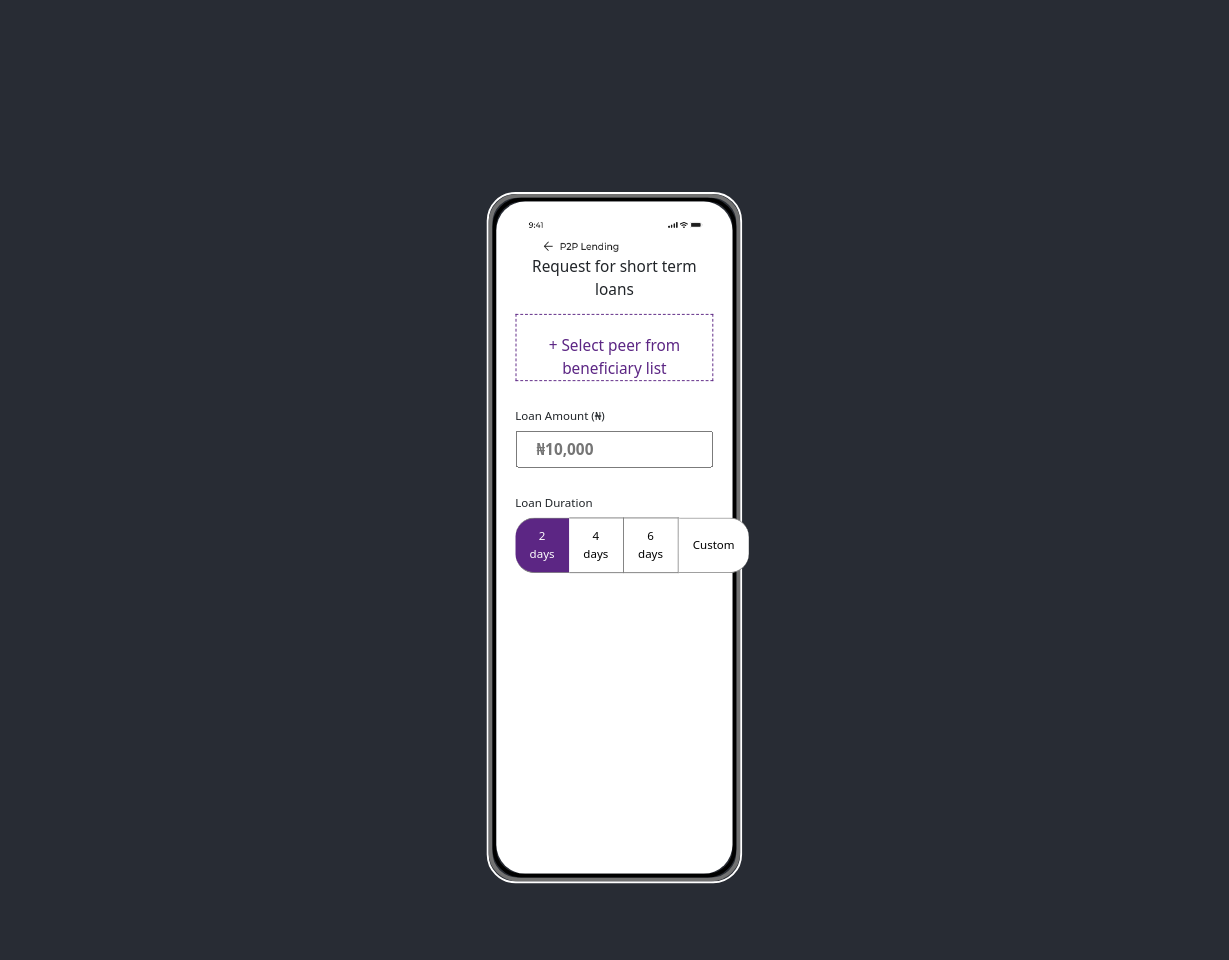
Repository: sarahnnanyelugo/fcmb-hackathon
Page: /loan-interface
The author's editor kept a copy of each file at every save. The page is drawn from the files as they stood at one save, then again after the next save.
The browser window is 1280 px wide. The pictures show the whole page, at 96% of full size.
The project was rebuilt for these pictures with package versions that can differ from the ones it lists, and the page was loaded fresh each time. Also part of the build but not shown: src/Pages/Home.js.

Above is the page before, as saved 2023-10-28 21:55:23.

### src/App.js
import "bootstrap/dist/css/bootstrap.min.css";
import { BrowserRouter, Routes, Route, Link, Outlet } from "react-router-dom";
import Home from "./Pages/Home";
import LoanInterface from "./Pages/LoanInterface";
function App() {
  return (
    <>
      <Routes>
        <Route path="/" element={<Home />} />
        <Route path="loan-interface" element={<LoanInterface />} />
      </Routes>
    </>
  );
}
export default App;

### src/Pages/LoanInterface.js
import Top from "../assets/images/top.png";
import Back from "../assets/images/back.png";

import "./style.scss";
import { useState } from "react";
import { Link } from "react-router-dom";
import Beneficiaries from "../components/Beneficiaries";

function LoanInterface() {
  const [toCurrency, setToCurrency] = useState("2 days");
  return (
    <>
      <div className="app-header">
        <center>
          <div className="col-md-3">
            <center>
              <div className="col-md-10 app">
                <div className="app-inner">
                  <div className="app-inner2">
                    <div className="app-face">
                      {" "}
                      <img src={Top} alt="icon" width="100%" />{" "}
                      <div className="col-md-12">
                        {" "}
                        <Link to={"/"} style={{ float: "left" }}>
                          {" "}
                          <img src={Back} alt="icon" width="60%" />
                        </Link>
                        <p style={{ float: "left" }}>
                          Request for short term loans
                        </p>
                      </div>
                      <div className="col-md-12">
                        {" "}
                        <Beneficiaries />
                      </div>
                      <div className="col-md-12 amount">
                        <h6 style={{ float: "left" }}>Loan Amount (₦)</h6>
                        <input placeholder="₦10,000" type="text" />
                      </div>
                      <div className="col-md-12 duration">
                        <h6 style={{ float: "left" }}>Loan Duration</h6>

                        <div className="col-md-12 flexy button-holder">
                          <button
                            id="btn1"
                            className={` ${
                              toCurrency === "2 days" ? "curr-active" : ""
                            }`}
                          >
                            2 days
                          </button>
                          <button
                            id="btn2"
                            className={` ${
                              toCurrency === "4 days" ? "curr-active" : ""
                            }`}
                          >
                            4 days
                          </button>
                          <button
                            id="btn3"
                            className={` ${
                              toCurrency === "6 days" ? "curr-active" : ""
                            }`}
                          >
                            6 days
                          </button>
                          <button
                            id="btn4"
                            className={` ${
                              toCurrency === "Custom" ? "curr-active" : ""
                            }`}
                          >
                            Custom
                          </button>
                        </div>
                      </div>
                    </div>
                  </div>
                </div>
              </div>
            </center>
          </div>
        </center>
      </div>
    </>
  );
}

export default LoanInterface;

### src/Pages/style.scss
.app-header {
  background-color: #282c34;
  height: 1000px;
  padding-top: 200px;
  width: 100%;
}

.app {
  border: solid 2px #fff;
  height: 720px;
  border-radius: 30px;
}
.app-inner {
  border: solid 4px #717171;
  height: 100%;
  border-radius: 30px;
}
.app-inner2 {
  border: solid 4px #000;
  height: 100%;
  border-radius: 30px;
}
.app-face {
  background: #fff;
  height: 100%;
  border-radius: 30px;
  padding: 10px 20px 0px 20px;
  a {
    color: #5c2684;
    text-decoration: none;
    font-size: 12px;
    font-weight: bold;
  }
}
.flexy {
  display: flex;
}
.flexy1 {
  flex-grow: 1;
}
.balance {
  h5 {
    color: #5c2684;
    margin-bottom: 30px;
  }
  small {
    font-size: 11px;
  }
  img {
    margin-top: -10px;
  }
}
.access {
  margin-top: 50px;
  h6 {
    font-size: 12px;
    margin-top: 5px;
  }
  a {
    color: #000;
  }
}
.access2 {
  margin-top: 20px;
  margin-bottom: 20px;
  h6 {
    font-size: 12px;
    margin-top: 5px;
  }
  a {
    color: #000;
  }
}
.transactions {
  margin-top: 20px;
  h6 {
    font-size: 12px;
    margin-bottom: 0 !important;
    margin-top: 10px;
  }
  a {
    font-size: 10px;
    color: grey;
    text-decoration: none;
    margin-top: 0;
  }
}
.footer {
  border-top: solid 1px rgb(202, 201, 201);
  padding-top: 15px;
  margin-top: 10px;
  h6 {
    font-size: 11px;
  }
}
.dash {
  border-radius: 10px;
  border: solid 2px black;
  height: 2px;
}
.amount {
  margin-top: 30px;
  h6 {
    font-size: 12px;
  }
  input {
    padding: 5px 20px;
    width: 100%;
    font-weight: bold;
    color: #000 !important;
  }
}
.duration {
  margin-top: 30px;
  h6 {
    font-size: 12px;
  }

  button {
    border: none;
    padding: 10px 15px;
    font-size: 12px;
    background: #fff;
    border-top: solid 1px grey;
    border-bottom: solid 1px grey;
  }
  #btn1 {
    border-top-left-radius: 20px;
    border-bottom-left-radius: 20px;
    background: #5c2684;
  }
  #btn4 {
    border-top-right-radius: 20px;
    border-bottom-right-radius: 20px;
  }
  #btn2,
  #btn3 {
    border-right: solid 1px grey;
  }
}
.curr-active {
  background: #5c2684;
  color: #fff;
}

### src/components/Beneficiaries.js
import { useState } from "react";
import Button from "react-bootstrap/Button";
import Modal from "react-bootstrap/Modal";
import "./components.scss";
import Bank from "../assets/images/bank.png";

function Beneficiaries() {
  const [show, setShow] = useState(false);

  const handleClose = () => setShow(false);
  const handleShow = () => setShow(true);

  return (
    <>
      <div onClick={handleShow} className="beneficiary-modal">
        <p>+ Select peer from beneficiary list</p>
      </div>
      <Modal
        show={show}
        onHide={handleClose}
        size="sm"
        aria-labelledby="contained-modal-title-vcenter"
        centered
      >
        <Modal.Header closeButton>
          <Modal.Title>
            <h6>Select Peer</h6>
          </Modal.Title>
        </Modal.Header>
        <Modal.Body>
          <div className="col-md-12 modal-inside">
            <form>
              <input type="search" placeholder="search" />
            </form>
            <div className="flexy">
              {" "}
              <div className="col-md-2">
                {" "}
                <img src={Bank} alt="icon" width="80%" />
              </div>
              <div>
                <h6>Team 1</h6>
                <p>Second Bank</p>
              </div>
            </div>
            <div className="flexy">
              {" "}
              <div className="col-md-2">
                {" "}
                <img src={Bank} alt="icon" width="80%" />
              </div>
              <div>
                <h6>Account name4</h6>
                <p>Bank name4</p>
              </div>
            </div>
            <div className="flexy">
              {" "}
              <div className="col-md-2">
                {" "}
                <img src={Bank} alt="icon" width="80%" />
              </div>
              <div>
                <h6>Account name3</h6>
                <p>Bank name3</p>
              </div>
            </div>
            <center>
              <a href="#">View more</a>
            </center>
          </div>
        </Modal.Body>
      </Modal>
    </>
  );
}

export default Beneficiaries;

### src/components/components.scss
.beneficiary-modal {
  height: 70px;
  width: 100%;
  border: dashed 1px #5c2684;
  margin-top: 80px;
  color: #5c2684;
  padding-top: 20px;
}
// .modal-body {
//   border: none !important;
// }
.modal-inside {
  input {
    margin-bottom: 30px;
    border: solid 1px rgb(215, 213, 213);
    width: 100%;
    padding: 5px 20px;
  }
  img {
    border-radius: 50%;
  }
  h6 {
    font-size: 13px;
    margin-bottom: 0 !important;
  }
  p {
    font-size: 11px;
  }
  a {
    color: #5c2684;
    font-size: 11px;
    font-weight: bold;
    text-decoration: none;
  }
}

Loaded but not shown: public/index.html (common file); src/index.js (common file); src/index.css (common file); src/reportWebVitals.js (common file)

After the next save:
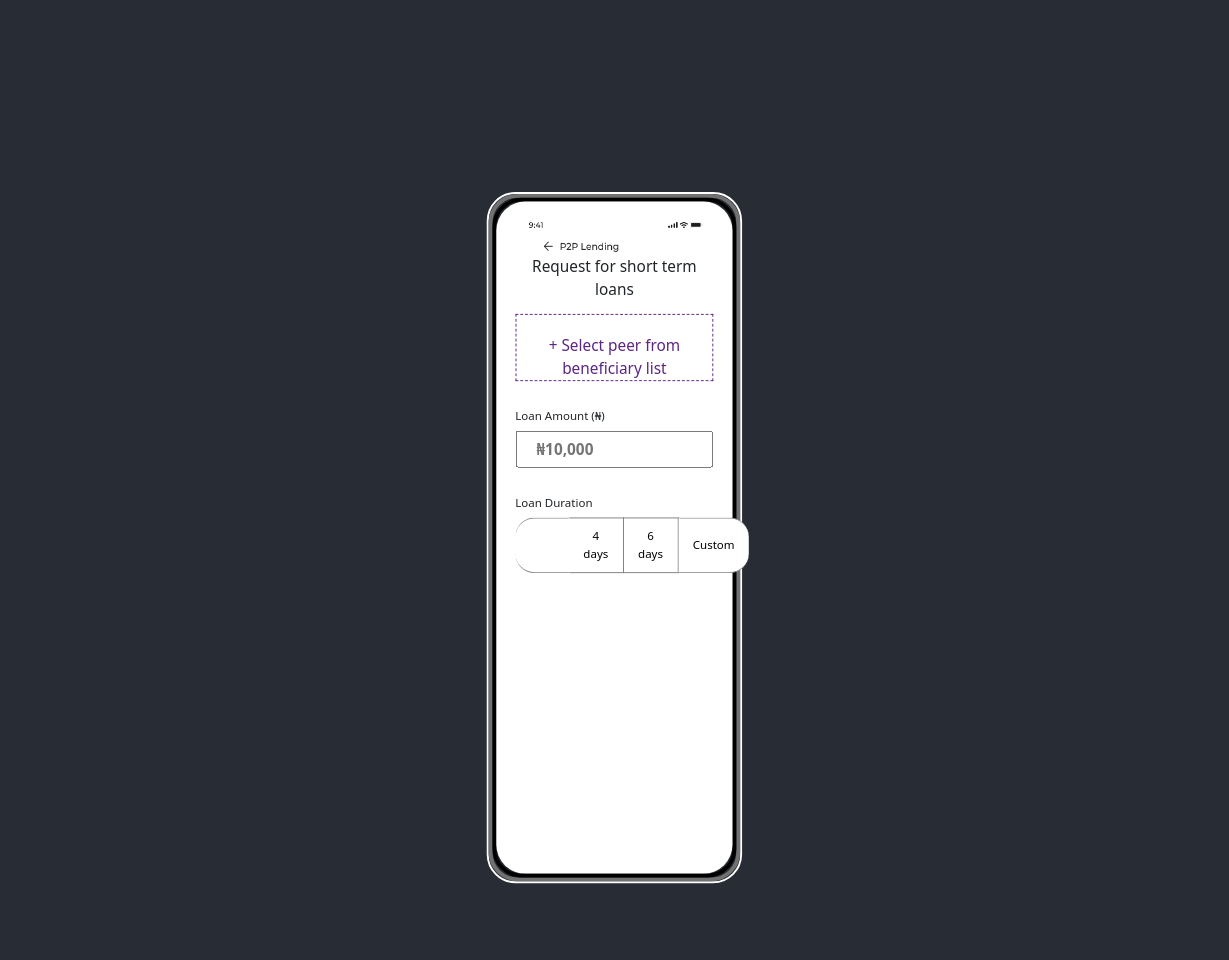
Saved 4 s later.
--- a/src/Pages/style.scss
+++ b/src/Pages/style.scss
@@ -127,7 +127,7 @@
   #btn1 {
     border-top-left-radius: 20px;
     border-bottom-left-radius: 20px;
-    background: #5c2684;
+    // background: #5c2684;
   }
   #btn4 {
     border-top-right-radius: 20px;

After the save that followed:
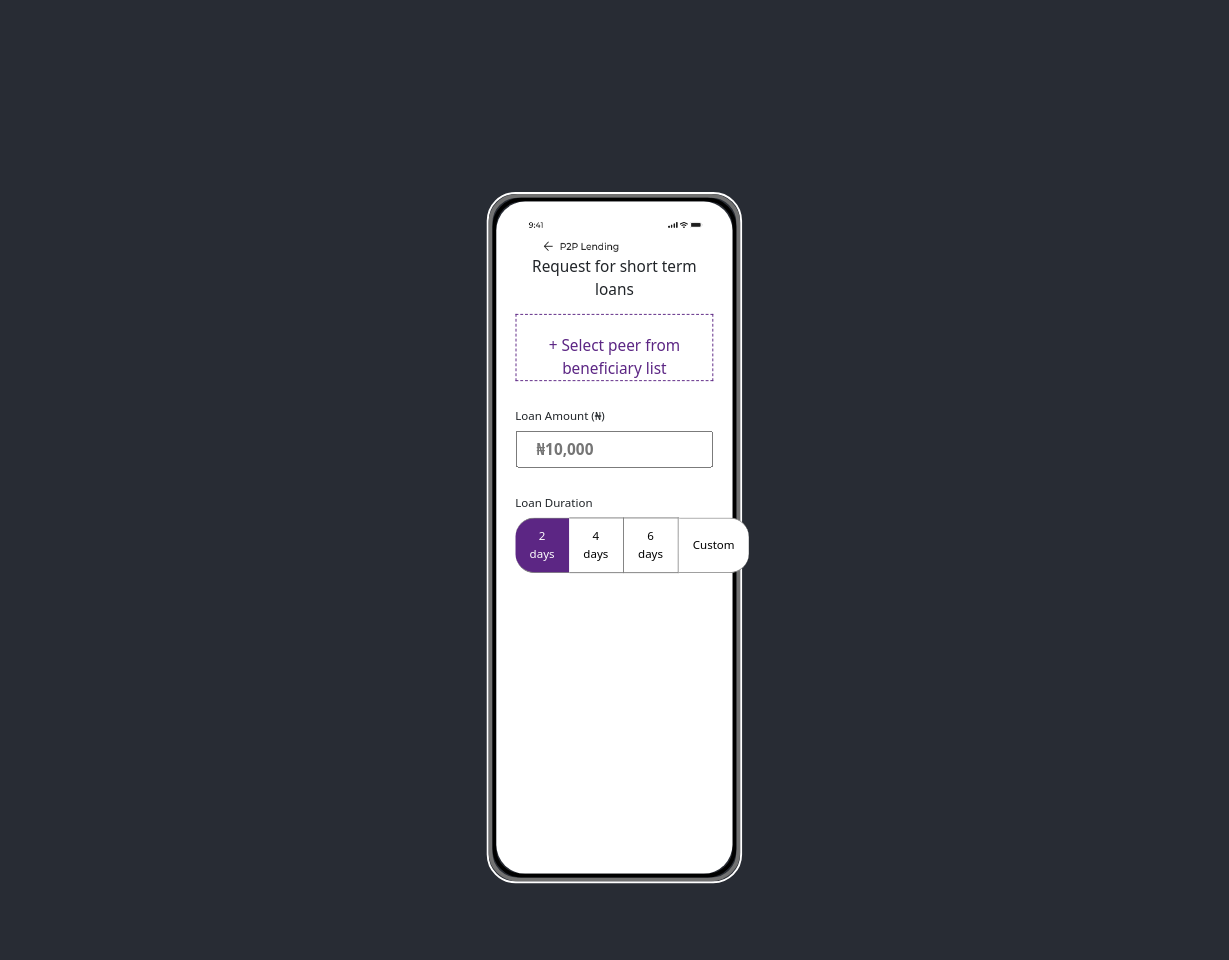
Saved 11 s later.
--- a/src/Pages/style.scss
+++ b/src/Pages/style.scss
@@ -139,6 +139,6 @@
   }
 }
 .curr-active {
-  background: #5c2684;
+  background: #5c2684 !important;
   color: #fff;
 }
